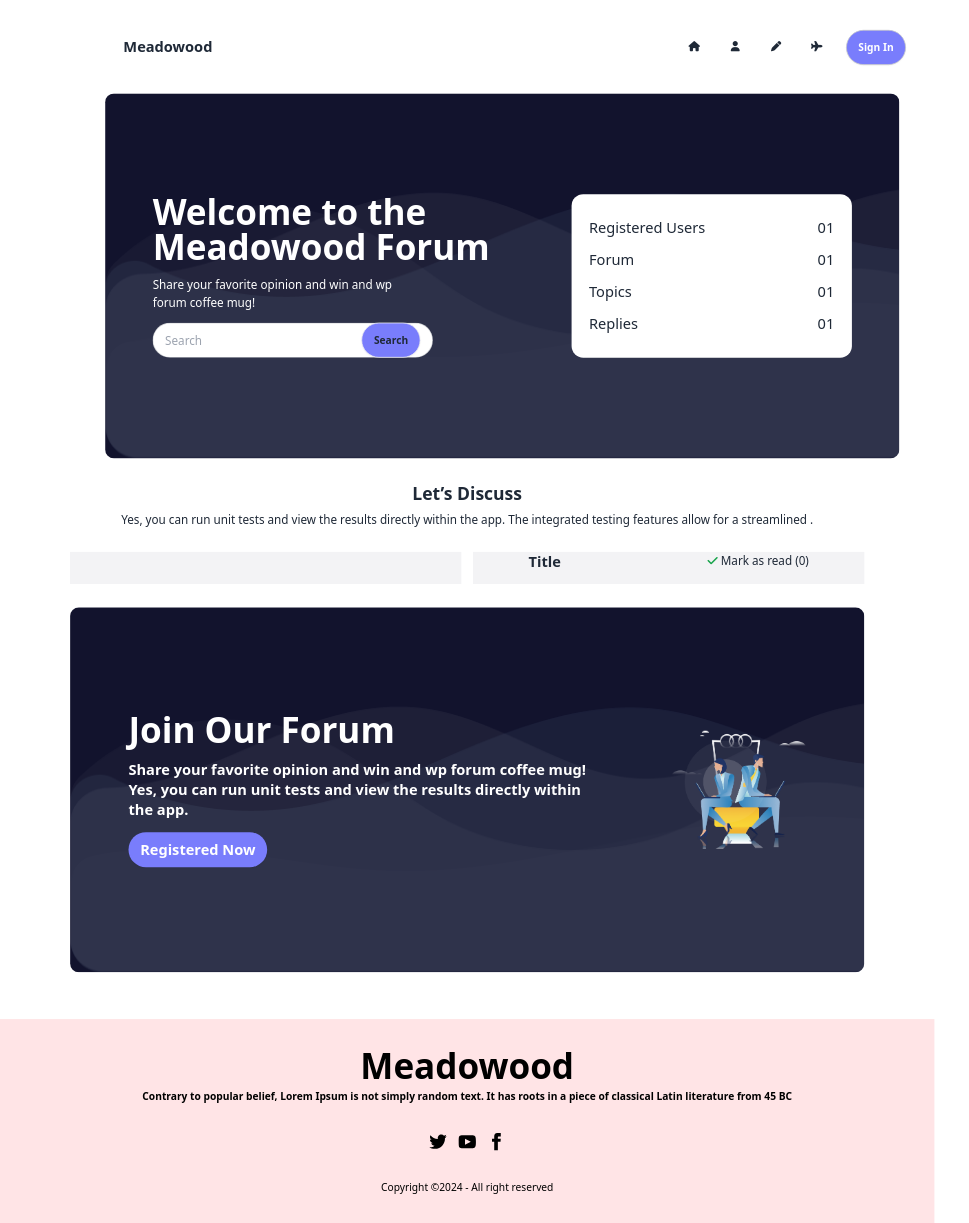
Repository: RudrasahaDibos/Meadowood-Forum
Page: index.html
These files come from the project's save history. The page is drawn as it stood at one moment and after the next save; the edit follows.
The browser window is 1280 px wide. The page is 1328 px wide, then 1280 px, so the pictures cover 1328 px, including what lies to the right of the window. The pictures show the whole page, at 73% of full size.
The page's requests for data from a server got no answer. Some web libraries are served in a nearby version.

Above is the page before, as saved 2024-11-25 11:53:49.

After the next save:
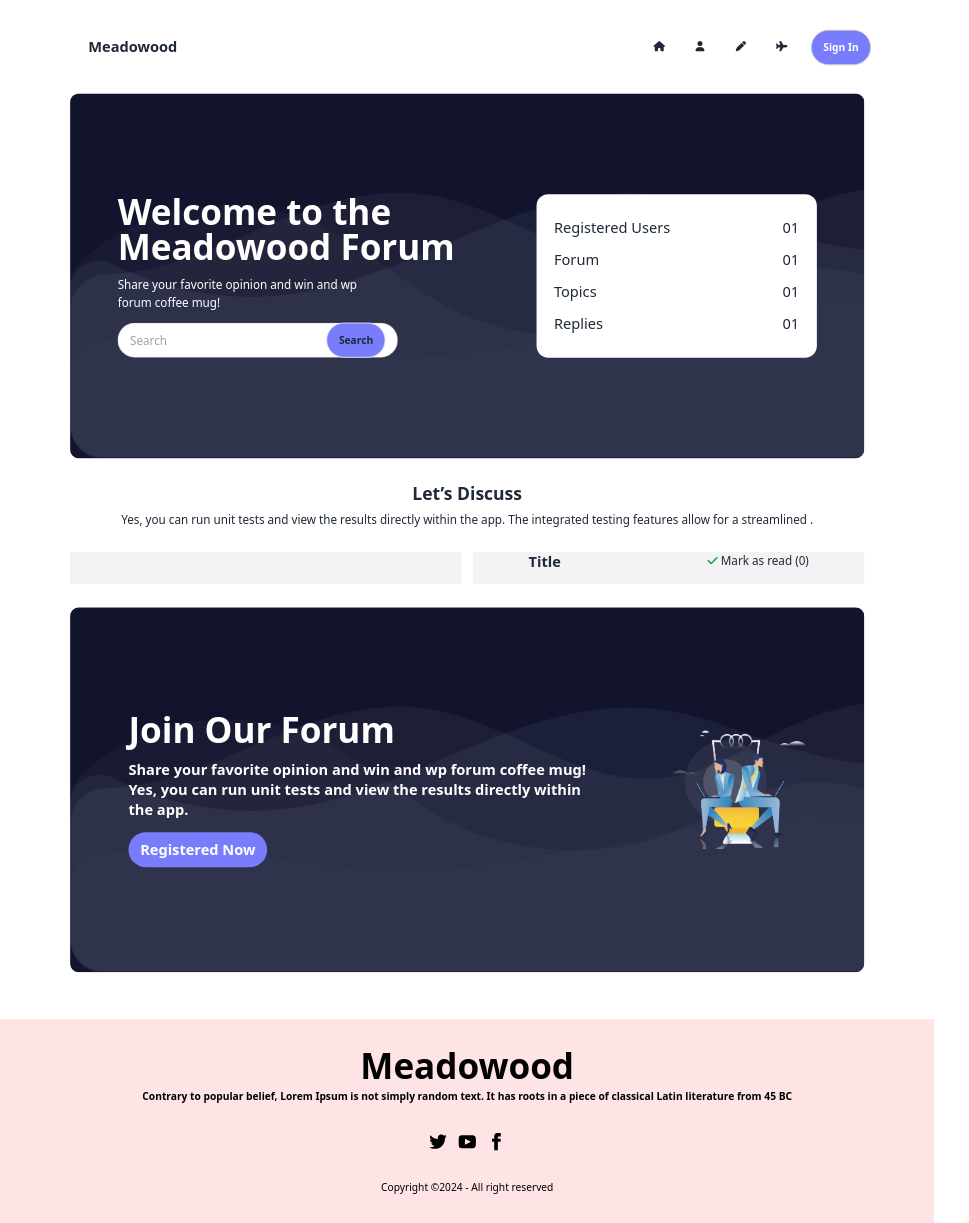
Saved 21 s later.
--- a/index.html
+++ b/index.html
@@ -20,7 +20,7 @@
     </head>
     <body >
         <!-- header is start here  -->
-        <header class="mt-8 container mx-auto lg:px-24 ml-12 ">
+        <header class="mt-8 container mx-auto lg:px-24 ml-12 lg:ml-0 ">
             <!-- navbar is start here  -->
             <div class="navbar bg-base-100">
                 <div class="flex-1">
